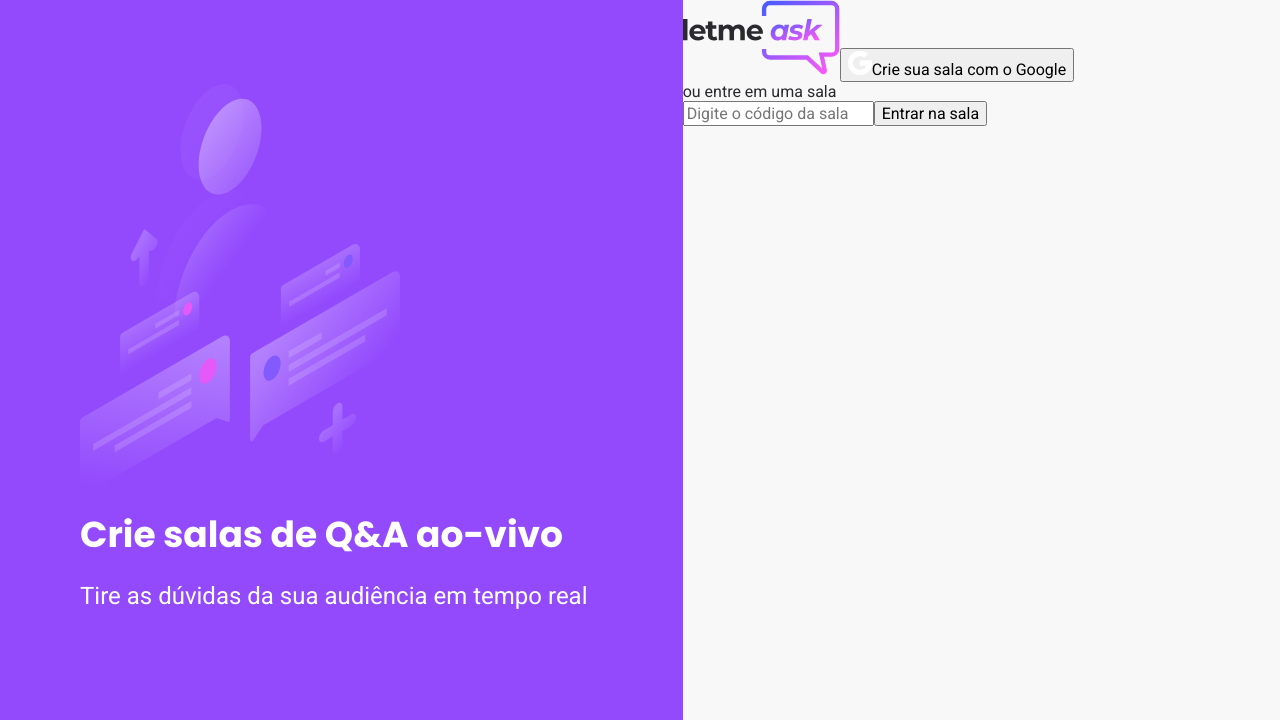
Repository: JoaoGabriel-py/react-project
Page: / (app in letmeask/)
The author's editor kept a copy of each file at every save. The page is drawn from the files as they stood at one save, then again after the next save.
The browser window is 1280 px wide. The pictures show the whole page.
The project was rebuilt for these pictures with package versions that can differ from the ones it lists, and the page was loaded fresh each time.

Above is the page before, as saved 2021-06-21 23:31:12.

### letmeask/public/index.html
<!DOCTYPE html>
<html lang="en">
  <head>
    <meta charset="utf-8" />
    <meta name="viewport" content="width=device-width, initial-scale=1" />
    <link rel="preconnect" href="https://fonts.gstatic.com">
    <link href="https://fonts.googleapis.com/css2?family=Poppins:wght@400;700&family=Roboto:wght@400;500&display=swap" rel="stylesheet">

    <title>Letmeask</title>
  </head>
  <body>
    <noscript>You need to enable JavaScript to run this app.</noscript>
    <div id="root"></div>

  </body>
</html>

### letmeask/src/index.tsx
import React from 'react';
import ReactDOM from 'react-dom';
import App from './App';

import './services/firebase';

import './styles/global.scss'

ReactDOM.render(
  <React.StrictMode>
    <App />
  </React.StrictMode>,
  document.getElementById('root')
);

### letmeask/src/services/firebase.ts
import firebase from 'firebase/app';

import 'firebase/auth';
import 'firebase/database';

const firebaseConfig = {
    apiKey: process.env.REACT_APP_API_KEY,
    authDomain: process.env.REACT_APP_AUTH_DOMAIN,
    databaseURL: process.env.REACT_APP_DATABASE_URL,
    projectId: process.env.REACT_APP_PROJECT_ID,
    storageBucket: process.env.REACT_APP_STORAGE_BUCKET,
    messagingSenderId: process.env.REACT_APP_MESSAGING_SENDER_ID,
    appId: process.env.REACT_APP_APP_ID
  };

  firebase.initializeApp(firebaseConfig);

 export const auth = firebase.auth();
 export const database = firebase.database();

### letmeask/src/styles/global.scss
body {
    margin: 0;
    padding: 0;
    box-sizing: border-box;
}

body {
    background: #f8f8f8;
    color: #29292e;
}

body, input, button, textarea {
    font: 400 16px 'Roboto', sans-serif;
}

### letmeask/src/pages/Home.tsx
import illustrationImg from '../assets/images/illustration.svg';
import logoImg from '../assets/images/logo.svg';
import googleIconImg from '../assets/images/google-icon.svg';

import '../styles/auth.scss'

export function Home() {
    return (
        <div id="page-auth">
            <aside>
                <img src={illustrationImg} alt="Ilustração simbolizando perguntas e respostas" />
                <strong>Crie salas de Q&amp;A ao-vivo</strong>
                <p>Tire as dúvidas da sua audiência em tempo real</p>
            </aside>
            <main>
                <div>
                    <img src={logoImg} alt="Letmeask" />
                    <button>
                        <img src={googleIconImg} alt="Logo do Google" />
                        Crie sua sala com o Google
                    </button>
                    <div>ou entre em uma sala</div>
                    <form>
                        <input
                          type="text"
                          placeholder="Digite o código da sala"
                        />
                        <button type="submit">
                            Entrar na sala
                        </button>
                    </form>
                </div>
            </main>
        </div>
    )
}

### letmeask/src/styles/auth.scss
#page-auth {
    display: flex;
    align-items: stretch;
    height: 100vh;

    aside {
        flex: 7;

        background: #934afd;
        color: #fff;

        display: flex;
        flex-direction: column;
        justify-content: center;

        padding: 120px 80px;

        img {
            max-width: 320px;
        }

        strong {
            font: 700 36px 'Poppins', sans-serif;
            line-height: 42px;
            margin-top: 16px;
        }

        p {
            font-size: 24px;
            line-height: 32px;
        }
    }

    main {
        flex: 8;
    }
}

Loaded but not shown: letmeask/src/App.tsx (common file)

After the next save:
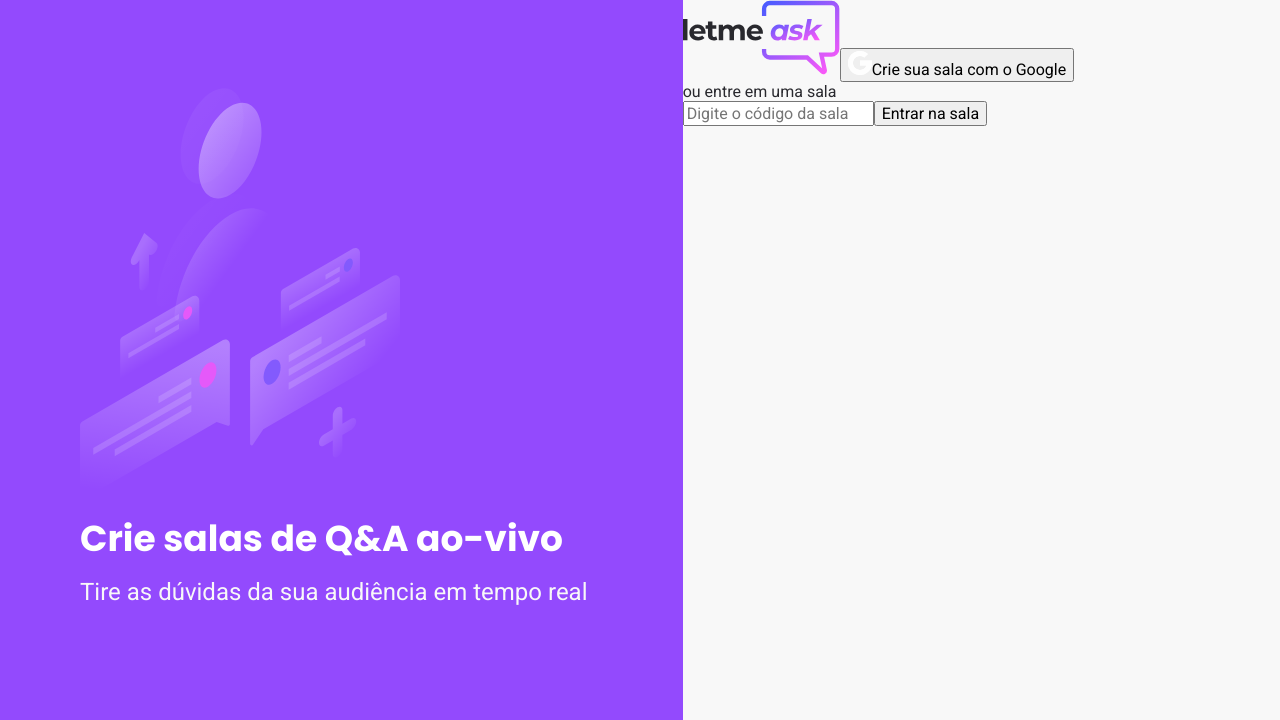
Saved 16 s later.
--- a/letmeask/src/styles/auth.scss
+++ b/letmeask/src/styles/auth.scss
@@ -28,6 +28,8 @@
         p {
             font-size: 24px;
             line-height: 32px;
+            margin-top: 16px;
+            color: #f8f8f8;
         }
     }
 
